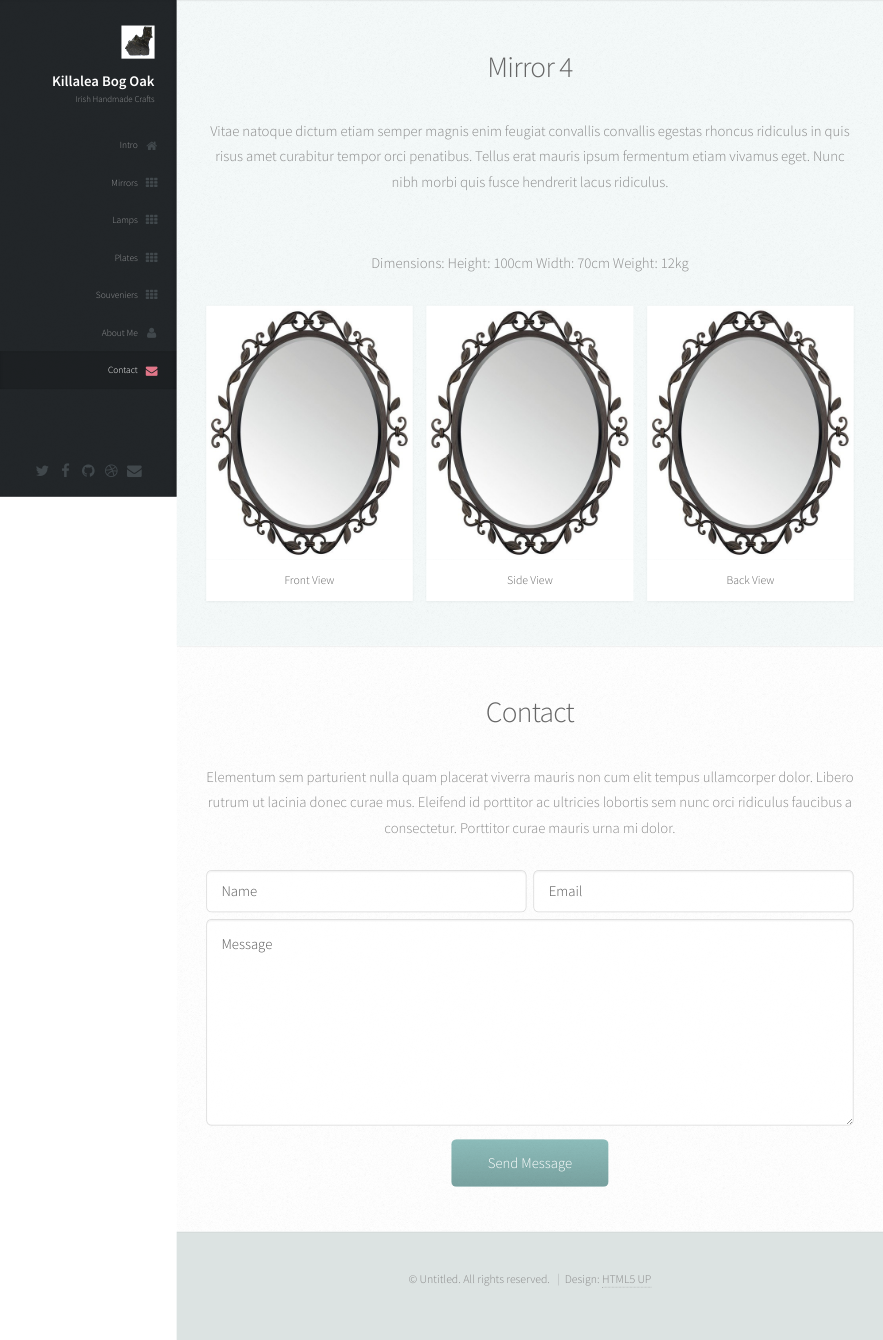
Repository: patrickkillalea/bogoak
Page: workspace/mirrors4.html
The author's editor kept a record of every edit. The page is drawn from the files as they stood at one moment, then again after the next edit.
The browser window is 1280 px wide. The pictures show the whole page, at 69% of full size.

Above is the page before.

After the next edit:
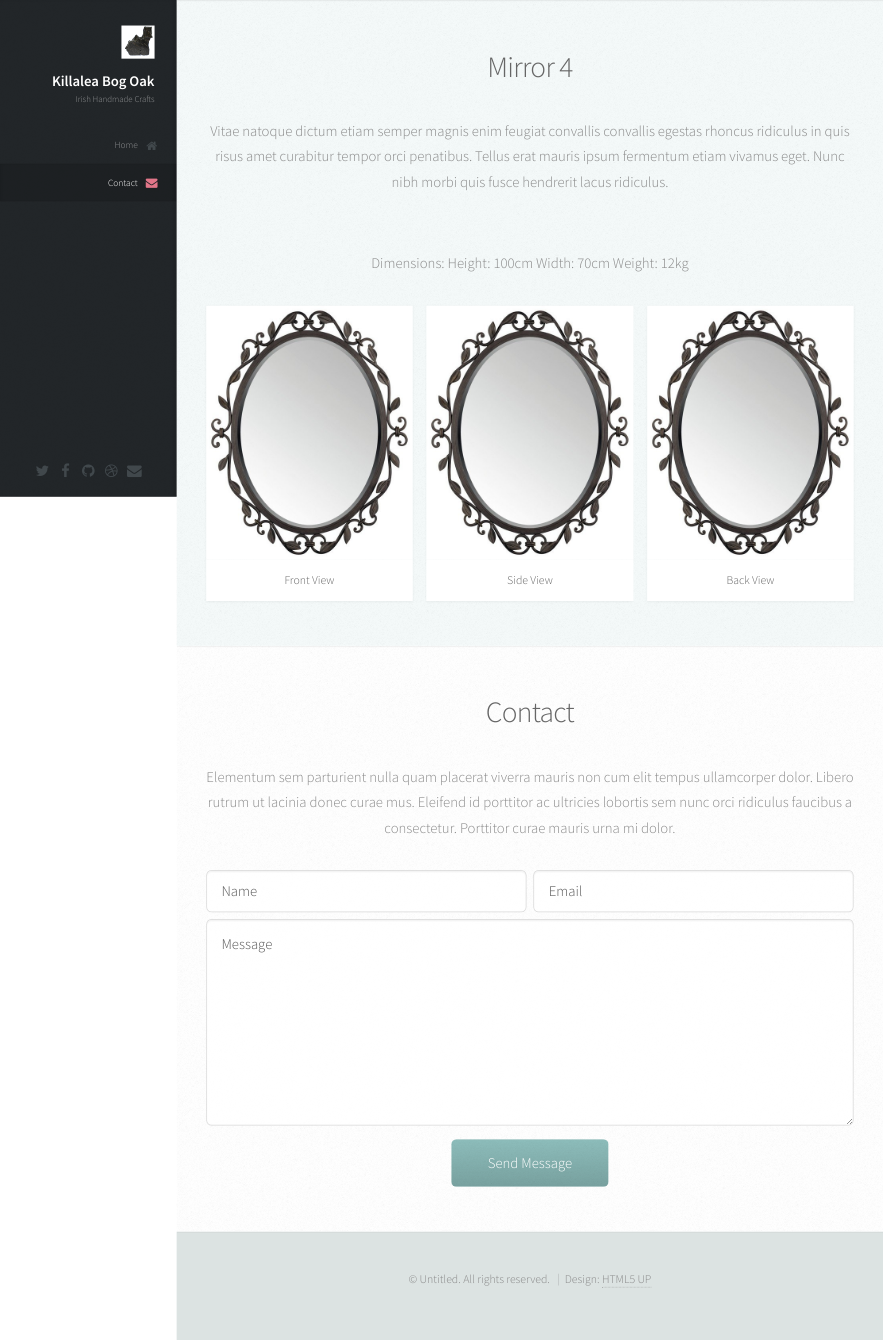
The edit:
--- a/workspace/mirrors4.html
+++ b/workspace/mirrors4.html
@@ -57,17 +57,7 @@
 
 							-->
 				<ul>
-					<li><a href="#top" id="top-link" class="skel-layers-ignoreHref"><span class="icon fa-home">Intro</span></a>
-					</li>
-					<li><a href="#mirrors" id="mirrors-link" class="skel-layers-ignoreHref"><span class="icon fa-th">Mirrors</span></a>
-					</li>
-					<li><a href="#lamps" id="lamps-link" class="skel-layers-ignoreHref"><span class="icon fa-th">Lamps</span></a>
-					</li>
-					<li><a href="#plates" id="plates-link" class="skel-layers-ignoreHref"><span class="icon fa-th">Plates</span></a>
-					</li>
-					<li><a href="#souveniers" id="souveniers-link" class="skel-layers-ignoreHref"><span class="icon fa-th">Souveniers</span></a>
-					</li>
-					<li><a href="#about" id="about-link" class="skel-layers-ignoreHref"><span class="icon fa-user">About Me</span></a>
+					<li><a href="index.html" id="top-link" class="skel-layers-ignoreHref"><span class="icon fa-home">Home</span></a>
 					</li>
 					<li><a href="#contact" id="contact-link" class="skel-layers-ignoreHref"><span class="icon fa-envelope">Contact</span></a>
 					</li>
